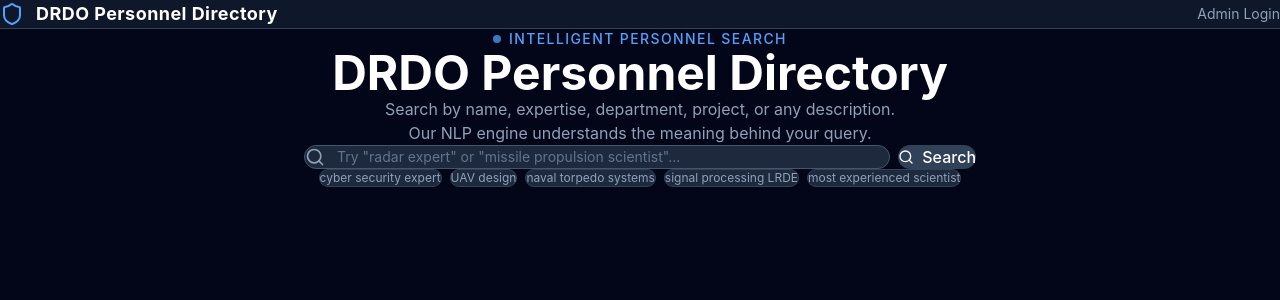
Repository: Mandeepigdtuw/DRDO-Directory
Page: / (app in frontend/)
These files come from the project's save history. The page is drawn as it stood at one moment and after the next save; the edit follows.
The browser window is 1280 px wide. The pictures show the whole page.
The project was rebuilt for these pictures with package versions that can differ from the ones it lists, and the page was loaded fresh each time. Also part of the build but not shown: frontend/vite.config.js, frontend/src/components/PersonnelCard.jsx, frontend/src/components/ProfileModal.jsx, frontend/src/pages/AdminLogin.jsx, frontend/src/pages/AdminDashboard.jsx, frontend/src/pages/ManagePersonnel.jsx, frontend/src/pages/AddPersonnel.jsx, frontend/src/pages/EditPersonnel.jsx and 2 more.

Above is the page before, as saved 2026-06-27 16:41:19.

### frontend/src/index.css
@import "tailwindcss";
@tailwind base;
@tailwind components;
@tailwind utilities;

* {
  margin: 0;
  padding: 0;
  box-sizing: border-box;
}

body {
  font-family: 'Inter', sans-serif;
  background-color: #0f172a;
  color: #e2e8f0;
}

### frontend/src/App.jsx
// src/App.jsx
import { BrowserRouter, Routes, Route, Navigate } from 'react-router-dom'
import SearchPage from './pages/SearchPage'
import AdminLogin from './pages/AdminLogin'
import AdminDashboard from './pages/AdminDashboard'
import ManagePersonnel from './pages/ManagePersonnel'
import AddPersonnel from './pages/AddPersonnel'
import EditPersonnel from './pages/EditPersonnel'
import AnalyticsDashboard from './pages/AnalyticsDashboard'
import ProtectedRoute from './components/ProtectedRoute'

export default function App() {
  return (
    <BrowserRouter>
      <Routes>
        {/* User Side - Public */}
        <Route path="/" element={<SearchPage />} />

        {/* Admin Login - Public */}
        <Route path="/admin/login" element={<AdminLogin />} />

        {/* Admin Side - Protected (need JWT token) */}
        <Route path="/admin" element={<ProtectedRoute />}>
          <Route path="dashboard" element={<AdminDashboard />} />
          <Route path="personnel" element={<ManagePersonnel />} />
          <Route path="personnel/add" element={<AddPersonnel />} />
          <Route path="personnel/edit/:employee_id" element={<EditPersonnel />} />
          <Route path="analytics" element={<AnalyticsDashboard />} />
        </Route>

        {/* Catch all unknown URLs → redirect to home */}
        <Route path="*" element={<Navigate to="/" />} />
      </Routes>
    </BrowserRouter>
  )
}

### frontend/src/pages/SearchPage.jsx
import { useState } from 'react'
import { Search, Loader2 } from 'lucide-react'
import Navbar from '../components/Navbar'
import PersonnelCard from '../components/PersonnelCard'
import ProfileModal from '../components/ProfileModal'
import { searchPersonnel, getAllPersonnelPublic } from '../services/api'

export default function SearchPage() {
  const [query, setQuery] = useState('')
  const [results, setResults] = useState([])
  const [loading, setLoading] = useState(false)
  const [searched, setSearched] = useState(false)
  const [selectedPerson, setSelectedPerson] = useState(null)
  const [error, setError] = useState('')

  const isExperienceQuery = (q) => {
    const lower = q.toLowerCase()
    return (
      lower.includes('maximum experience') ||
      lower.includes('most experience') ||
      lower.includes('most experienced') ||
      lower.includes('maximum years') ||
      lower.includes('highest experience') ||
      lower.includes('senior most') ||
      lower.includes('most senior')
    )
  }

  const handleSearch = async () => {
    if (!query.trim()) return
    setLoading(true)
    setError('')
    setSearched(false)

    try {
      let data = []

      if (isExperienceQuery(query)) {
        // Fetch ALL records and sort by experience
        const response = await getAllPersonnelPublic()
        data = [...response.data.results].sort(
          (a, b) => b.years_of_experience - a.years_of_experience
        )
        // Add a fake relevance score for display
        data = data.map((p, i) => ({
          ...p,
          relevance_score: Math.max(0.99 - i * 0.01, 0.1)
        }))
      } else {
        const response = await searchPersonnel(query)
        data = response.data.results
      }

      setResults(data)
      setSearched(true)
    } catch (err) {
      setError('Search failed. Please make sure the backend server is running.')
    } finally {
      setLoading(false)
    }
  }

  const handleKeyDown = (e) => {
    if (e.key === 'Enter') handleSearch()
  }

  return (
    <div className="min-h-screen bg-slate-950">
      <Navbar isAdmin={false} />

      {/* Hero */}
      <div className="flex flex-col items-center px-4 py-16">
        <div className="mb-3 flex items-center gap-2">
          <div className="w-2 h-2 rounded-full bg-blue-400 animate-pulse" />
          <span className="text-blue-400 text-sm font-medium tracking-widest uppercase">
            Intelligent Personnel Search
          </span>
        </div>

        <h1 className="text-4xl md:text-5xl font-bold text-white text-center mb-3">
          DRDO Personnel Directory
        </h1>
        <p className="text-slate-400 text-center mb-10 max-w-lg text-sm md:text-base">
          Search by name, expertise, department, project, or any description.
          Our NLP engine understands the meaning behind your query.
        </p>

        {/* Search Bar */}
        <div className="w-full max-w-2xl flex gap-2">
          <div className="flex-1 flex items-center bg-slate-800 border border-slate-600 rounded-xl px-4 gap-3 focus-within:border-blue-500 transition-colors">
            <Search className="text-slate-400 shrink-0" size={20} />
            <input
              type="text"
              value={query}
              onChange={(e) => setQuery(e.target.value)}
              onKeyDown={handleKeyDown}
              placeholder='Try "radar expert" or "missile propulsion scientist"...'
              className="flex-1 bg-transparent text-white py-4 outline-none placeholder-slate-500 text-sm"
            />
            {query && (
              <button
                onClick={() => { setQuery(''); setResults([]); setSearched(false) }}
                className="text-slate-500 hover:text-white transition-colors text-xl leading-none"
              >
                ×
              </button>
            )}
          </div>
          <button
            onClick={handleSearch}
            disabled={loading || !query.trim()}
            className="bg-blue-600 hover:bg-blue-500 disabled:bg-slate-700 disabled:cursor-not-allowed text-white px-6 rounded-xl font-medium transition-colors flex items-center gap-2 whitespace-nowrap"
          >
            {loading
              ? <Loader2 size={18} className="animate-spin" />
              : <><Search size={16} /> Search</>}
          </button>
        </div>

        {/* Hint chips */}
        <div className="flex flex-wrap gap-2 mt-4 justify-center max-w-2xl">
          {[
            'cyber security expert',
            'UAV design',
            'naval torpedo systems',
            'signal processing LRDE',
            'most experienced scientist',
          ].map((hint) => (
            <button
              key={hint}
              onClick={() => setQuery(hint)}
              className="text-xs text-slate-400 hover:text-blue-400 bg-slate-800 hover:bg-slate-700 px-3 py-1.5 rounded-full border border-slate-700 transition-colors"
            >
              {hint}
            </button>
          ))}
        </div>
      </div>

      {/* Results */}
      <div className="flex flex-col items-center px-4 pb-16">
        <div className="w-full max-w-5xl">
          {error && (
            <div className="text-red-400 bg-red-400/10 border border-red-400/20 rounded-xl p-4 text-center mb-6 text-sm">
              {error}
            </div>
          )}

          {searched && (
            <p className="text-slate-400 text-sm mb-5 text-center">
              {results.length > 0
                ? `${results.length} results for "${query}" — ranked by relevance`
                : `No results found for "${query}"`}
            </p>
          )}

          {results.length > 0 && (
            <div className="grid grid-cols-1 md:grid-cols-2 gap-4">
              {results.map((person, index) => (
                <PersonnelCard
                  key={person.employee_id}
                  person={person}
                  rank={index + 1}
                  onClick={() => setSelectedPerson(person)}
                />
              ))}
            </div>
          )}

          {searched && results.length === 0 && (
            <div className="text-center py-16 text-slate-500">
              <Search size={48} className="mx-auto mb-4 opacity-30" />
              <p className="text-lg">No personnel found matching your query.</p>
              <p className="text-sm mt-2">Try different keywords or a broader description.</p>
            </div>
          )}
        </div>
      </div>

      {selectedPerson && (
        <ProfileModal
          person={selectedPerson}
          onClose={() => setSelectedPerson(null)}
        />
      )}
    </div>
  )
}

### frontend/src/components/Navbar.jsx
// src/components/Navbar.jsx
import { Link, useNavigate, useLocation } from 'react-router-dom'
import { Shield, LogOut, Users, BarChart2, Plus, Search } from 'lucide-react'

export default function Navbar({ isAdmin = false }) {
  const navigate = useNavigate()
  const location = useLocation()

  const handleLogout = () => {
    localStorage.removeItem('admin_token')
    navigate('/admin/login')
  }

  const isActive = (path) =>
    location.pathname === path
      ? 'bg-blue-600 text-white'
      : 'text-slate-300 hover:text-white hover:bg-slate-700'

  if (!isAdmin) {
    // Simple navbar for user search page
    return (
      <nav className="bg-slate-900 border-b border-slate-700 px-6 py-4 flex items-center justify-between">
        <div className="flex items-center gap-3">
          <Shield className="text-blue-400" size={24} />
          <span className="text-white font-bold text-lg tracking-wide">
            DRDO Personnel Directory
          </span>
        </div>
        <Link
          to="/admin/login"
          className="text-slate-400 hover:text-white text-sm transition-colors"
        >
          Admin Login
        </Link>
      </nav>
    )
  }

  // Full navbar for admin pages
  return (
    <nav className="bg-slate-900 border-b border-slate-700 px-6 py-3 flex items-center justify-between">
      <div className="flex items-center gap-3">
        <Shield className="text-blue-400" size={22} />
        <span className="text-white font-bold tracking-wide">DRDO Admin</span>
      </div>

      <div className="flex items-center gap-2">
        <Link
          to="/"
          className={`flex items-center gap-2 px-3 py-2 rounded-lg text-sm transition-colors ${isActive('/')}`}
        >
          <Search size={15} /> Search
        </Link>
        <Link
          to="/admin/dashboard"
          className={`flex items-center gap-2 px-3 py-2 rounded-lg text-sm transition-colors ${isActive('/admin/dashboard')}`}
        >
          <Shield size={15} /> Dashboard
        </Link>
        <Link
          to="/admin/personnel"
          className={`flex items-center gap-2 px-3 py-2 rounded-lg text-sm transition-colors ${isActive('/admin/personnel')}`}
        >
          <Users size={15} /> Personnel
        </Link>
        <Link
          to="/admin/personnel/add"
          className={`flex items-center gap-2 px-3 py-2 rounded-lg text-sm transition-colors ${isActive('/admin/personnel/add')}`}
        >
          <Plus size={15} /> Add
        </Link>
        <Link
          to="/admin/analytics"
          className={`flex items-center gap-2 px-3 py-2 rounded-lg text-sm transition-colors ${isActive('/admin/analytics')}`}
        >
          <BarChart2 size={15} /> Analytics
        </Link>
      </div>

      <button
        onClick={handleLogout}
        className="flex items-center gap-2 text-slate-400 hover:text-red-400 text-sm transition-colors"
      >
        <LogOut size={16} /> Logout
      </button>
    </nav>
  )
}

### frontend/src/services/api.js
// src/services/api.js
import axios from 'axios'

const BASE_URL = 'http://localhost:8000'

// Create axios instance pointing to our backend
const api = axios.create({
  baseURL: BASE_URL,
})

// Automatically attach JWT token to every request if it exists
api.interceptors.request.use((config) => {
  const token = localStorage.getItem('admin_token')
  if (token) {
    config.headers.Authorization = `Bearer ${token}`
  }
  return config
})

// ─── AUTH ────────────────────────────────────────
export const loginAdmin = (username, password) =>
  api.post('/auth/login', { username, password })

// ─── SEARCH ──────────────────────────────────────
export const searchPersonnel = (query) =>
  api.get(`/search/?q=${encodeURIComponent(query)}`)


// ─── ADMIN PERSONNEL ─────────────────────────────
export const getAllPersonnel = () =>
  api.get('/admin/personnel')

export const getPersonById = (employee_id) =>
  api.get(`/admin/personnel/${employee_id}`)

export const addPersonnel = (data) =>
  api.post('/admin/personnel', data)

export const updatePersonnel = (employee_id, data) =>
  api.put(`/admin/personnel/${employee_id}`, data)

export const deletePersonnel = (employee_id) =>
  api.delete(`/admin/personnel/${employee_id}`)

// ─── ANALYTICS ───────────────────────────────────
export const getAnalyticsSummary = () =>
  api.get('/admin/analytics/summary')

export const getTopSearches = () =>
  api.get('/admin/analytics/top-searches')

export const getSearchTrends = () =>
  api.get('/admin/analytics/trends')

export const getDepartmentStats = () =>
  api.get('/admin/analytics/department-stats')

export const getZeroResults = () =>
  api.get('/admin/analytics/zero-results')

// Add this to the bottom of src/services/api.js
export const getAllPersonnelPublic = () =>
  api.get('/search/all')

Loaded but not shown: frontend/src/main.jsx (common file)

After the next save:
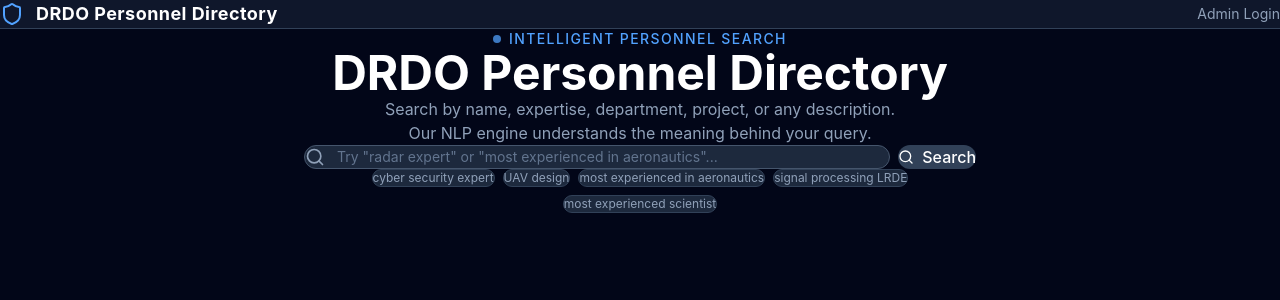
Saved 81 min 53 s later.
--- a/frontend/src/pages/SearchPage.jsx
+++ b/frontend/src/pages/SearchPage.jsx
@@ -22,8 +22,22 @@
       lower.includes('maximum years') ||
       lower.includes('highest experience') ||
       lower.includes('senior most') ||
-      lower.includes('most senior')
+      lower.includes('most senior') ||
+      lower.includes('experienced scientist') ||
+      lower.includes('experienced engineer')
     )
+  }
+
+  // Check if query has a specific domain beyond just "experience"
+  const hasDomainContext = (q) => {
+    const experienceWords = [
+      'most', 'maximum', 'highest', 'senior', 'experienced',
+      'scientist', 'engineer', 'in', 'the', 'field', 'of', 'with'
+    ]
+    const words = q.toLowerCase().split(' ')
+    // If there are words beyond the experience keywords, there's domain context
+    const domainWords = words.filter(w => w.length > 2 && !experienceWords.includes(w))
+    return domainWords.length > 0
   }
 
   const handleSearch = async () => {
@@ -35,18 +49,31 @@
     try {
       let data = []
 
-      if (isExperienceQuery(query)) {
-        // Fetch ALL records and sort by experience
-        const response = await getAllPersonnelPublic()
+      if (isExperienceQuery(query) && hasDomainContext(query)) {
+        // HYBRID: semantic search for domain relevance, then sort by experience
+        // Fetch more results (top 30) to get a good domain-filtered pool
+        const response = await searchPersonnel(query + '&top_k=30')
         data = [...response.data.results].sort(
           (a, b) => b.years_of_experience - a.years_of_experience
         )
-        // Add a fake relevance score for display
-        data = data.map((p, i) => ({
+        // Keep top 10 after sorting
+        data = data.slice(0, 10).map((p, i) => ({
           ...p,
-          relevance_score: Math.max(0.99 - i * 0.01, 0.1)
+          relevance_score: Math.max(0.99 - i * 0.02, 0.1)
         }))
+
+      } else if (isExperienceQuery(query)) {
+        // Pure experience query — fetch ALL and sort
+        const response = await getAllPersonnelPublic()
+        data = [...response.data.results]
+          .sort((a, b) => b.years_of_experience - a.years_of_experience)
+          .map((p, i) => ({
+            ...p,
+            relevance_score: Math.max(0.99 - i * 0.01, 0.1)
+          }))
+
       } else {
+        // Normal semantic search
         const response = await searchPersonnel(query)
         data = response.data.results
       }
@@ -68,7 +95,6 @@
     <div className="min-h-screen bg-slate-950">
       <Navbar isAdmin={false} />
 
-      {/* Hero */}
       <div className="flex flex-col items-center px-4 py-16">
         <div className="mb-3 flex items-center gap-2">
           <div className="w-2 h-2 rounded-full bg-blue-400 animate-pulse" />
@@ -85,7 +111,6 @@
           Our NLP engine understands the meaning behind your query.
         </p>
 
-        {/* Search Bar */}
         <div className="w-full max-w-2xl flex gap-2">
           <div className="flex-1 flex items-center bg-slate-800 border border-slate-600 rounded-xl px-4 gap-3 focus-within:border-blue-500 transition-colors">
             <Search className="text-slate-400 shrink-0" size={20} />
@@ -94,7 +119,7 @@
               value={query}
               onChange={(e) => setQuery(e.target.value)}
               onKeyDown={handleKeyDown}
-              placeholder='Try "radar expert" or "missile propulsion scientist"...'
+              placeholder='Try "radar expert" or "most experienced in aeronautics"...'
               className="flex-1 bg-transparent text-white py-4 outline-none placeholder-slate-500 text-sm"
             />
             {query && (
@@ -117,12 +142,11 @@
           </button>
         </div>
 
-        {/* Hint chips */}
         <div className="flex flex-wrap gap-2 mt-4 justify-center max-w-2xl">
           {[
             'cyber security expert',
             'UAV design',
-            'naval torpedo systems',
+            'most experienced in aeronautics',
             'signal processing LRDE',
             'most experienced scientist',
           ].map((hint) => (
@@ -137,7 +161,6 @@
         </div>
       </div>
 
-      {/* Results */}
       <div className="flex flex-col items-center px-4 pb-16">
         <div className="w-full max-w-5xl">
           {error && (
@@ -171,7 +194,7 @@
             <div className="text-center py-16 text-slate-500">
               <Search size={48} className="mx-auto mb-4 opacity-30" />
               <p className="text-lg">No personnel found matching your query.</p>
-              <p className="text-sm mt-2">Try different keywords or a broader description.</p>
+              <p className="text-sm mt-2">Try different keywords or a broader search.</p>
             </div>
           )}
         </div>
